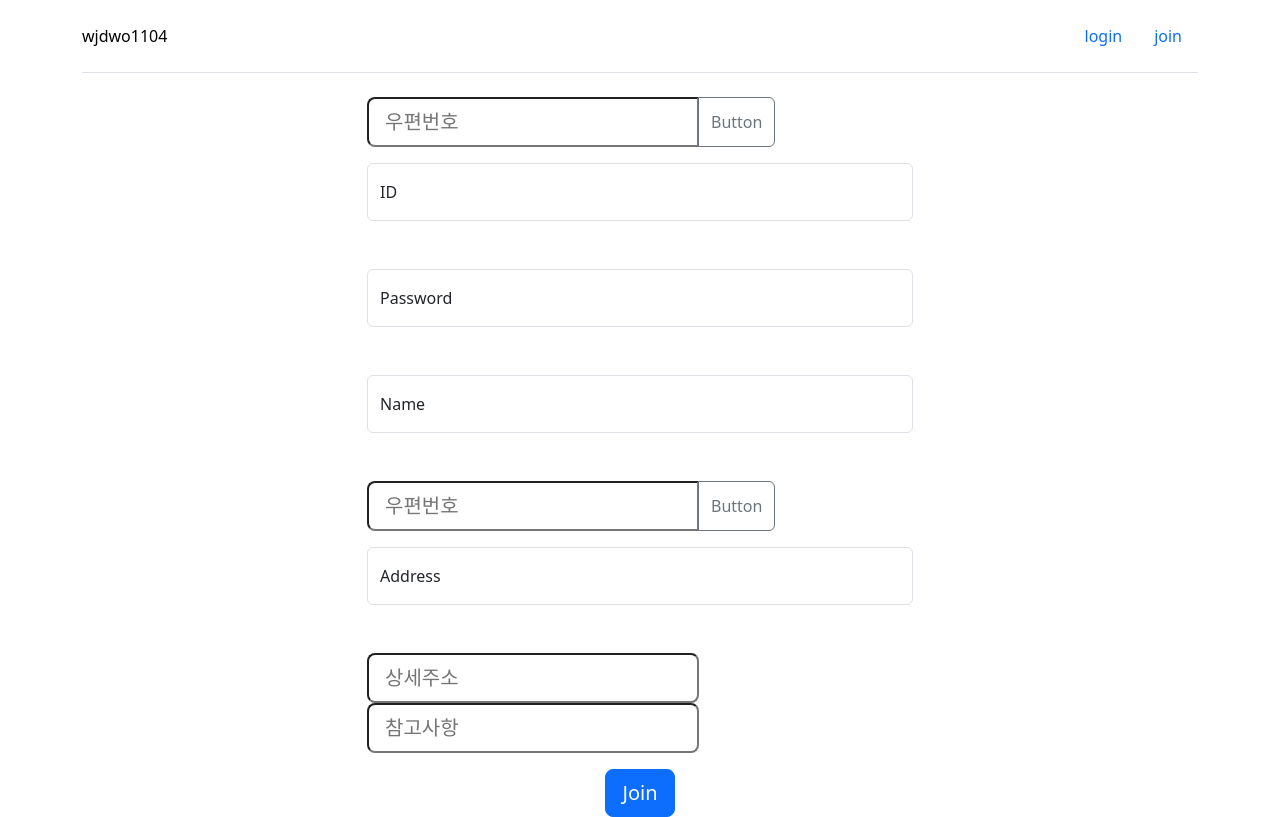
Repository: gain00/lecture1
Page: http://localhost/db-connect/join-form.jsp
An editor plug-in stored every save of this project. The page is shown before and after the next save, followed by the edit.
The browser window is 1280 px wide. The pictures show the whole page.
The page is served by Tomcat 9.

Above is the page before, as saved 2023-06-08 00:58:39.

After the next save:
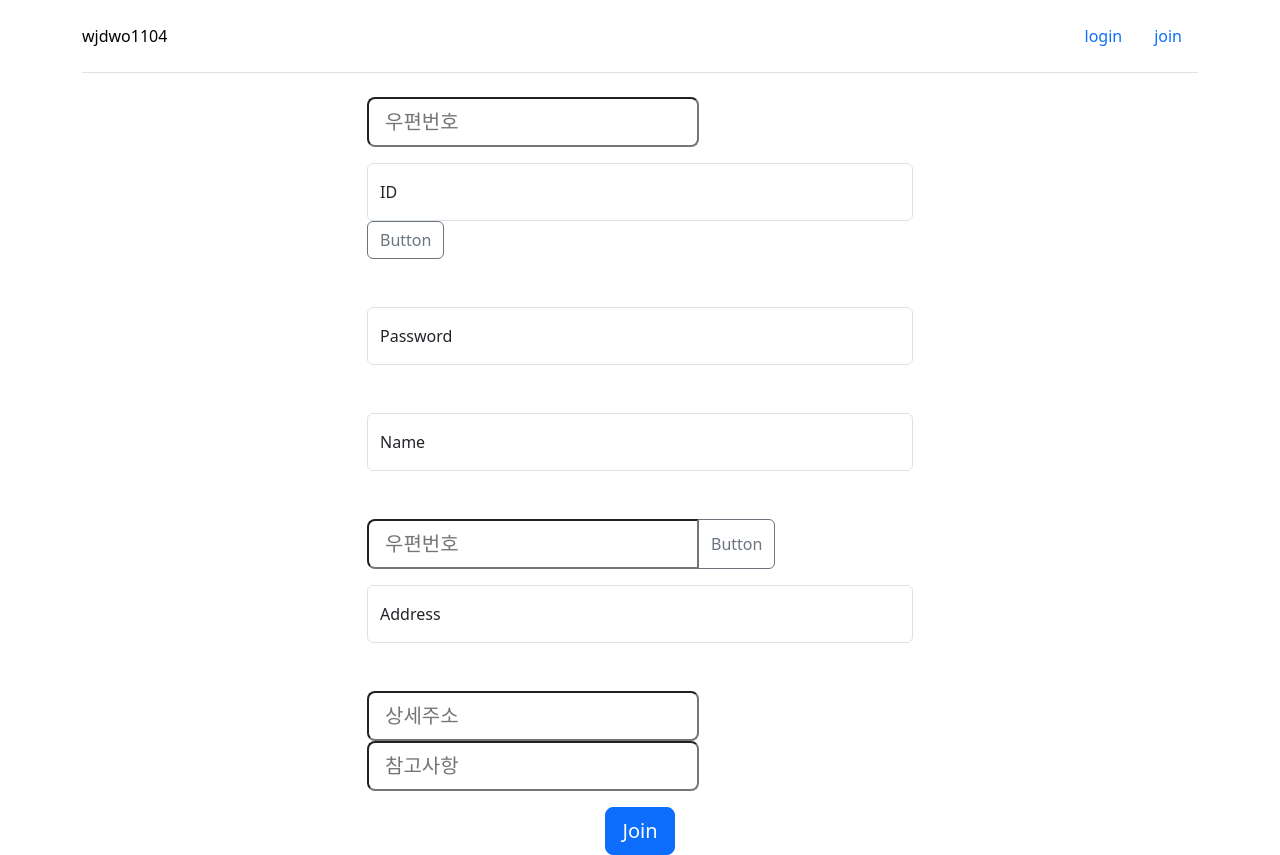
Saved 32 s later.
--- a/db-connect/src/main/webapp/join-form.jsp
+++ b/db-connect/src/main/webapp/join-form.jsp
@@ -9,11 +9,13 @@
 
              <div class="input-group mb-3">
             <input type="text" class="form-control-lg" placeholder="우편번호" id="zonecode" name="zonecode" readonly />
-            <button class="btn btn-outline-secondary" type="button" id="button-addon2" onclick="searchZonecode()">Button</button>
+
           </div>
           <div class="form-floating mb-5">
             <input type="text" class="form-control" name="userId" id="floatingInput" placeholder="아이디를 입력해주세요" />
+
             <label for="floatingInput">ID</label>
+            <button class="btn btn-outline-secondary" type="button" id="button-addon2" onclick="searchZonecode()">Button</button>
           </div>
           <div class="form-floating mb-5">
             <input type="password" class="form-control" name="userPw" id="floatingPassword" placeholder="Password" />
